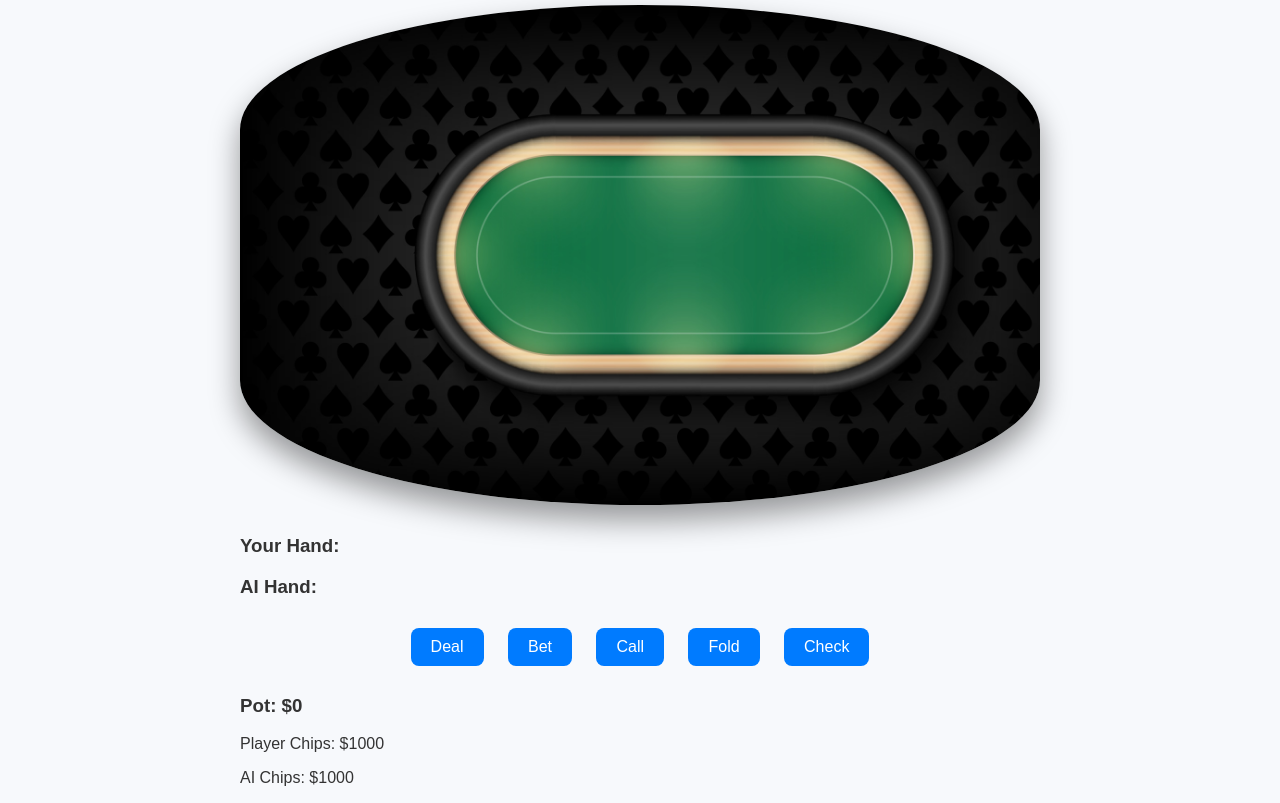
Repository: KidBillionaire/newapp
Page: public/playTable.html
An editor plug-in stored every save of this project. The page is shown before and after the next save, followed by the edit.
The browser window is 1280 px wide. The pictures show the whole page.

Above is the page before, as saved 2024-10-10 18:42:13.

### public/playTable.html
<!DOCTYPE html>
<html lang="en">
<head>
    <meta charset="UTF-8">
    <meta name="viewport" content="width=device-width, initial-scale=1.0">
    <title>Play Poker Table</title>
    <link rel="stylesheet" href="styles.css">
</head>
<body>
    <div class="container">
        <h1 id="tableNameHeading">Poker Table</h1>

        <!-- Poker Table Container -->
        <div id="pokerTableContainer">
            <!-- Community Cards Container -->
            <div id="communityCardsContainer">
                <div class="community-card" id="card1"></div>
                <div class="community-card" id="card2"></div>
                <div class="community-card" id="card3"></div>
                <div class="community-card" id="card4"></div>
                <div class="community-card" id="card5"></div>
            </div>
        </div>

        <!-- Player Hand and AI Hand Containers -->
        <div id="playerHandContainer">
            <h3>Your Hand:</h3>
            <div id="playerHand" class="hand-container"></div>
        </div>
        <div id="aiHandContainer">
            <h3>AI Hand:</h3>
            <div id="aiHand" class="hand-container"></div>
        </div>

        <!-- Action Buttons -->
        <div id="actionsContainer">
            <button id="dealButton">Deal</button>
            <button id="betButton" disabled>Bet</button>
            <button id="callButton" disabled>Call</button>
            <button id="foldButton" disabled>Fold</button>
            <button id="checkButton" disabled>Check</button>
        </div>

        <!-- Player Information and Pot Display -->
        <div id="playerInfo">
            <h3 id="currentPot">Pot: $0</h3>
            <p id="playerChips">Player Chips: $1000</p>
            <p id="aiChips">AI Chips: $1000</p>
        </div>
    </div>

    <!-- JavaScript for Game Logic -->
    <script>
        // Grab references to HTML elements
        const pokerTableContainer = document.getElementById('pokerTableContainer');
        const dealButton = document.getElementById('dealButton');
        const betButton = document.getElementById('betButton');
        const callButton = document.getElementById('callButton');
        const foldButton = document.getElementById('foldButton');
        const checkButton = document.getElementById('checkButton');
        const currentPotDisplay = document.getElementById('currentPot');
        const playerChipsDisplay = document.getElementById('playerChips');
        const aiChipsDisplay = document.getElementById('aiChips');
        const communityCards = document.querySelectorAll('.community-card');

        // Game State Variables
        let playerChips = 1000;
        let aiChips = 1000;
        let pot = 0;
        let playerHand = [];
        let aiHand = [];
        let currentCardIndex = 3; // Start at 3 since the first 3 are already dealt in the flop

        // Function to update all chips and pot display
        function updateChipsDisplay() {
            currentPotDisplay.textContent = `Pot: $${pot}`;
            playerChipsDisplay.textContent = `Player Chips: $${playerChips}`;
            aiChipsDisplay.textContent = `AI Chips: $${aiChips}`;
        }

        // Function to handle dealing cards
        function dealCards() {
            dealButton.disabled = true; // Disable Deal button after dealing
            pot = 0; // Reset the pot
            currentCardIndex = 3; // Reset card index for a new round

            // Deal hands to player and AI
            playerHand = [randomCard(), randomCard()];
            aiHand = [randomCard(), randomCard()];

            console.log(`Your hand: ${playerHand.join(', ')}`);
            console.log(`AI hand: ${aiHand.join(', ')}`);

            // Display player hand
            displayHand('playerHand', playerHand);
            displayHand('aiHand', aiHand, true);

            // Show the flop cards (after a short delay for visual effect)
            setTimeout(() => {
                revealCommunityCards([0, 1, 2]);
                enablePlayerActions(); // Enable actions after flop
                updateChipsDisplay(); // Reset pot display
            }, 1000);
        }

        // Function to reveal specific community cards
        function revealCommunityCards(indices) {
            indices.forEach(index => {
                communityCards[index].textContent = randomCard(); // Deal the card
                communityCards[index].classList.add('deal'); // Show animation
            });
        }

        // Function to display hand
        function displayHand(elementId, hand, hideCards = false) {
            const handContainer = document.getElementById(elementId);
            handContainer.innerHTML = ''; // Clear any previous cards
            hand.forEach(card => {
                const cardElement = document.createElement('div');
                cardElement.className = 'hole-card';
                cardElement.textContent = hideCards ? '??' : card;
                handContainer.appendChild(cardElement);
            });
        }

        // Function to handle player bet action
        function handleBet() {
            const betAmount = 10; // Fixed bet amount for now
            if (playerChips < betAmount) {
                alert('Not enough chips to bet!');
                return;
            }
            playerChips -= betAmount; // Subtract from player chips
            pot += betAmount; // Add to pot
            updateChipsDisplay();
            revealNextCommunityCard(); // Reveal the next community card
        }

        // Function to reveal the next community card
        function revealNextCommunityCard() {
            if (currentCardIndex < communityCards.length) {
                communityCards[currentCardIndex].textContent = randomCard(); // Deal next card
                communityCards[currentCardIndex].classList.add('deal'); // Show animation
                currentCardIndex++; // Move to the next card
                setTimeout(enablePlayerActions, 1000); // Re-enable player actions after dealing
            } else {
                console.log('All community cards have been dealt. Showdown time!');
                showdown(); // Trigger showdown logic when all cards are revealed
            }
        }

        // Function to handle showdown
        function showdown() {
            alert(`Showdown! Your hand: ${playerHand.join(', ')}. AI hand: ${aiHand.join(', ')}. Total Pot: $${pot}`);
        }

        // Enable player action buttons
        function enablePlayerActions() {
            betButton.disabled = false;
            foldButton.disabled = false;
            checkButton.disabled = false;
            callButton.disabled = true;
        }

        // Simple random card generator
        function randomCard() {
            const suits = ['♥', '♦', '♣', '♠'];
            const values = ['2', '3', '4', '5', '6', '7', '8', '9', '10', 'J', 'Q', 'K', 'A'];
            const suit = suits[Math.floor(Math.random() * suits.length)];
            const value = values[Math.floor(Math.random() * values.length)];
            return `${value}${suit}`;
        }

        // Event Listeners
        dealButton.addEventListener('click', dealCards);
        betButton.addEventListener('click', handleBet);
        foldButton.addEventListener('click', () => console.log('You folded!'));
        checkButton.addEventListener('click', () => console.log('You checked!'));
    </script>
</body>
</html>

### public/styles.css
/* Root Variables */
:root {
    --primary-color: #333;
    --secondary-color: #007BFF;
    --background: #f7f9fc;
    --highlight-color: #ff6347;
}

/* General Body Styles */
body {
    font-family: Arial, sans-serif;
    background: var(--background);
    color: var(--primary-color);
    margin: 0;
    display: flex;
    justify-content: center;
    align-items: center;
    height: 100vh;
}

/* Typography */
h1 {
    text-align: center;
    color: var(--primary-color);
}

.montserrat-title,
.montserrat-body {
    font-family: 'Montserrat', sans-serif;
}

.montserrat-title {
    font-weight: 700;
}

.montserrat-body {
    font-weight: 400;
}

/* Button Styles */
button {
    display: inline-block;
    margin: 10px;
    padding: 10px 20px;
    font-size: 16px;
    background-color: var(--secondary-color);
    color: white;
    border: none;
    border-radius: 8px;
    cursor: pointer;
    transition: background-color 0.3s ease-in-out, transform 0.2s;
}

button:hover {
    background-color: #555;
}

/* Action Container */
#actionsContainer {
    text-align: center;
    margin-top: 20px;
}

#dealCardsButton {
    width: 200px;
    margin: 20px auto;
    padding: 10px;
    font-size: 18px;
    cursor: pointer;
    text-align: center;
    border: none;
    background: var(--primary-color);
    color: var(--highlight-color);
    border-radius: 8px;
    transition: background 0.3s ease-in-out, transform 0.2s;
}

#dealCardsButton:hover {
    background: var(--highlight-color);
    color: var(--primary-color);
    transform: scale(1.1);
}

/* Table Styles */
#userTable {
    width: 80%;
    margin: 0 auto;
    border-collapse: collapse;
}

#userTable th, #userTable td {
    border: 1px solid #ddd;
    padding: 8px;
    text-align: center;
}

#userTable th {
    background-color: var(--primary-color);
    color: rgb(81, 14, 14);
}

/* Profile Settings Section */
#profileSettings {
    margin: 20px auto;
    width: 50%;
    border: 1px solid #ddd;
    padding: 20px;
    background-color: #fff;
    box-shadow: 0 0 10px rgba(0, 0, 0, 0.1);
}

#profileSettings label {
    display: inline-block;
    width: 150px;
}

#profileSettings input {
    width: calc(100% - 160px);
    padding: 8px;
    margin: 8px 0;
}

#profileSettings button {
    width: 100%;
    padding: 10px;
}

/* Create Poker Table Page */
.create-table-page {
    background: url('images/vecteezy_poker-table-green-cloth-on-dark-background-vector-illustration_6325236.jpg') center/cover no-repeat;
    background-attachment: fixed;
    height: 100vh;
    display: flex;
    justify-content: center;
    align-items: center;
    position: relative;
}

.create-table-page::after {
    content: '';
    position: absolute;
    top: 0;
    left: 0;
    width: 100%;
    height: 100%;
    background: rgba(255, 255, 255, 0.5);
    z-index: -1;
}

/* Poker Table Container */
#pokerTableContainer {
    width: 800px;
    height: 500px;
    margin: 30px auto;
    background-image: url('/images/vecteezy_poker-table-green-cloth-on-dark-background-vector-illustration_6325236.jpg');
    background-size: cover;
    border-radius: 50% / 25%;
    box-shadow: 0 15px 30px rgba(0, 0, 0, 0.4);
    position: relative;
}

/* Poker Table Elements */
#pokerTable {
    width: 500px;
    height: 500px;
    border-radius: 50%;
    background: var(--background);
    box-shadow: 0 0 20px rgba(0, 0, 0, 0.5);
}

/* Seat Styles */
.seat {
    width: 60px;
    height: 60px;
    border-radius: 50%;
    background-color: var(--primary-color);
    color: white;
    position: absolute;
    display: flex;
    justify-content: center;
    align-items: center;
    font-size: 14px;
    cursor: pointer;
    box-shadow: 0 0 10px rgba(0, 0, 0, 0.2);
    transition: background 0.3s ease;
}

.seat:hover {
    background-color: var(--highlight-color);
}

/* Community Card Styles */
.community-card {
    width: 60px;
    height: 90px;
    background: linear-gradient(135deg, #ffffff, #e9e9e9);
    border-radius: 10px;
    border: 2px solid #333;
    box-shadow: 0 10px 25px rgba(0, 0, 0, 0.2), 0 5px 15px rgba(0, 0, 0, 0.1);
    display: flex;
    justify-content: center;
    align-items: center;
    color: #333;
    font-size: 24px;
    font-weight: bold;
    margin: 0 5px;
    transform: scale(0);
    transition: transform 0.5s ease, box-shadow 0.3s ease-in-out;
}

.community-card.deal {
    transform: scale(1);
}

/* Card Hover Styles */
.community-card:hover {
    box-shadow: 0 15px 35px rgba(0, 0, 0, 0.5), 0 8px 25px rgba(0, 0, 0, 0.2);
    transform: scale(1.05);
}

After the next save:
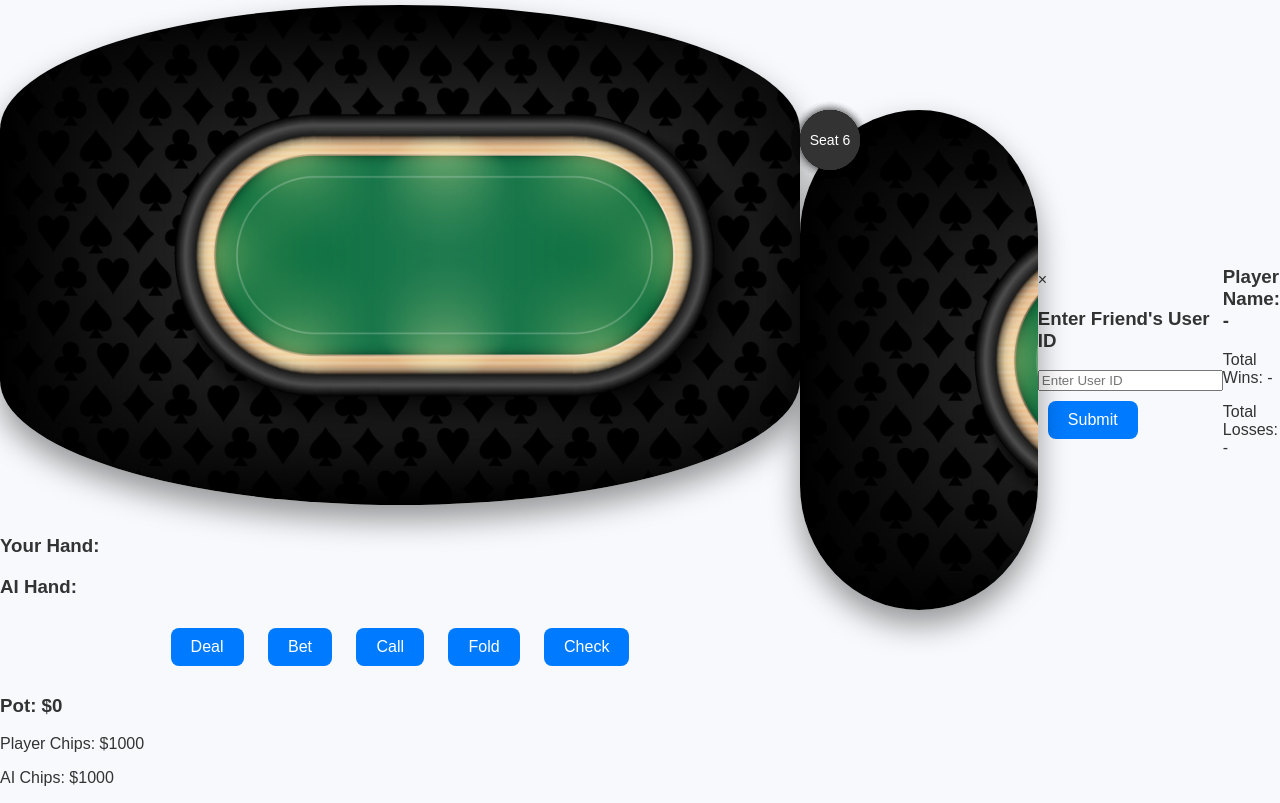
Saved 4 min 10 s later.
--- a/public/playTable.html
+++ b/public/playTable.html
@@ -1,6 +1,8 @@
 <!DOCTYPE html>
 <html lang="en">
 <head>
+
+
     <meta charset="UTF-8">
     <meta name="viewport" content="width=device-width, initial-scale=1.0">
     <title>Play Poker Table</title>
@@ -176,6 +178,36 @@
         betButton.addEventListener('click', handleBet);
         foldButton.addEventListener('click', () => console.log('You folded!'));
         checkButton.addEventListener('click', () => console.log('You checked!'));
+
     </script>
+
+<div id="pokerTableContainer">
+    <div id="seatsContainer">
+      <div class="seat" id="seat1" data-seat="1">Seat 1</div>
+      <div class="seat" id="seat2" data-seat="2">Seat 2</div>
+      <div class="seat" id="seat3" data-seat="3">Seat 3</div>
+      <div class="seat" id="seat4" data-seat="4">Seat 4</div>
+      <div class="seat" id="seat5" data-seat="5">Seat 5</div>
+      <div class="seat" id="seat6" data-seat="6">Seat 6</div>
+    </div>
+  </div>
+
+  <!-- Modal to enter user ID -->
+  <div id="userModal" class="modal">
+    <div class="modal-content">
+      <span class="close">&times;</span>
+      <h3>Enter Friend's User ID</h3>
+      <input type="text" id="userIdInput" placeholder="Enter User ID">
+      <button id="submitUserId">Submit</button>
+    </div>
+  </div>
+
+  <!-- Player Information Section -->
+  <div id="playerInfo">
+    <h3 id="currentPlayerName">Player Name: -</h3>
+    <p id="currentPlayerWins">Total Wins: -</p>
+    <p id="currentPlayerLosses">Total Losses: -</p>
+  </div>
+
 </body>
 </html>
